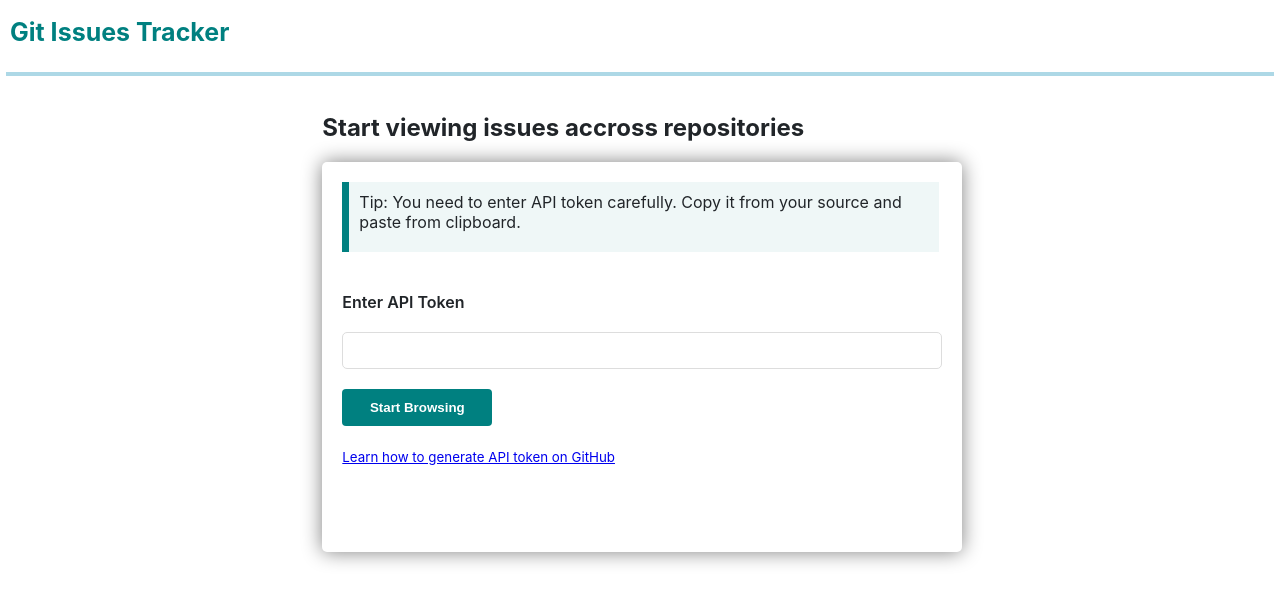
Repository: duzzisantos/github-repos-react-graphql
Page: /start
These files come from the project's save history. The page is drawn as it stood at one moment and after the next save; the edit follows.
The browser window is 1280 px wide. The page is 1285 px wide, so the pictures cover 1285 px, including what lies to the right of the window. The pictures show the whole page.
The project was rebuilt for these pictures with package versions that can differ from the ones it lists, and the page was loaded fresh each time. Also part of the build but not shown: src/App.css, src/components/table/Filters.tsx, src/components/table/Pagination.tsx, src/components/table/TableComponent.tsx, src/components/table/columnHelpers.ts, src/utilities/funtions.ts, src/pages/Repositories.tsx, src/components/cards/Cards.tsx and 1 more.

Above is the page before, as saved 2024-06-17 18:03:13.

After the next save:
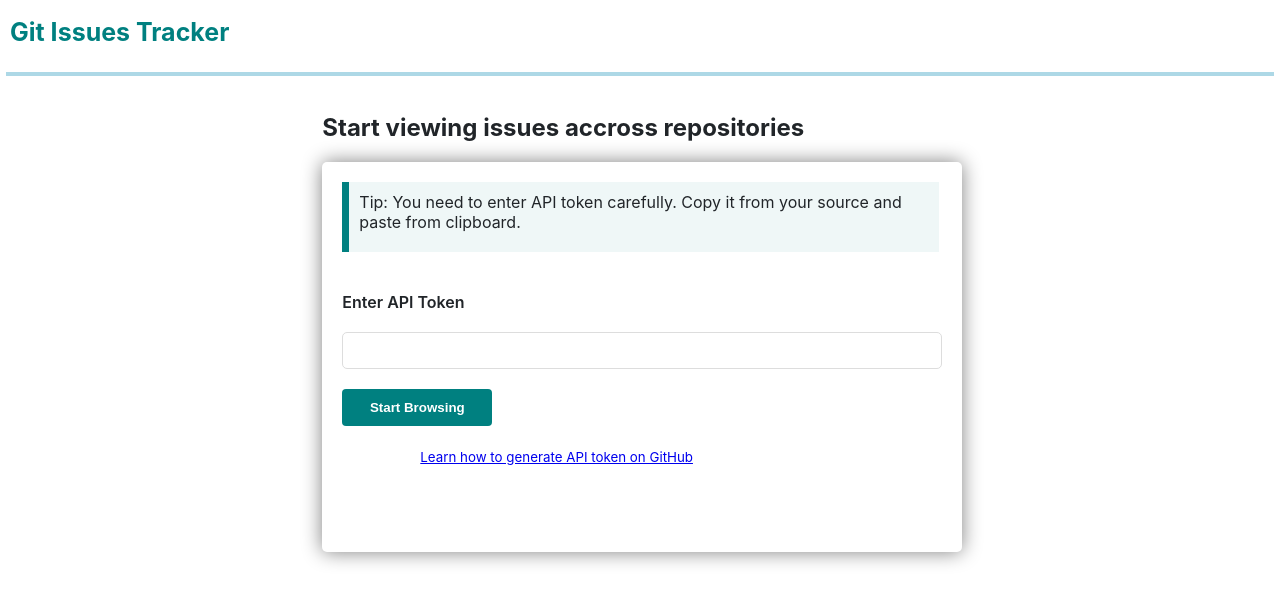
Saved 19 s later.
--- a/src/App.scss
+++ b/src/App.scss
@@ -84,5 +84,5 @@
 }
 
 .read-docs {
-  margin-top: auto;
+  margin-left: 78px;
 }

After the save that followed:
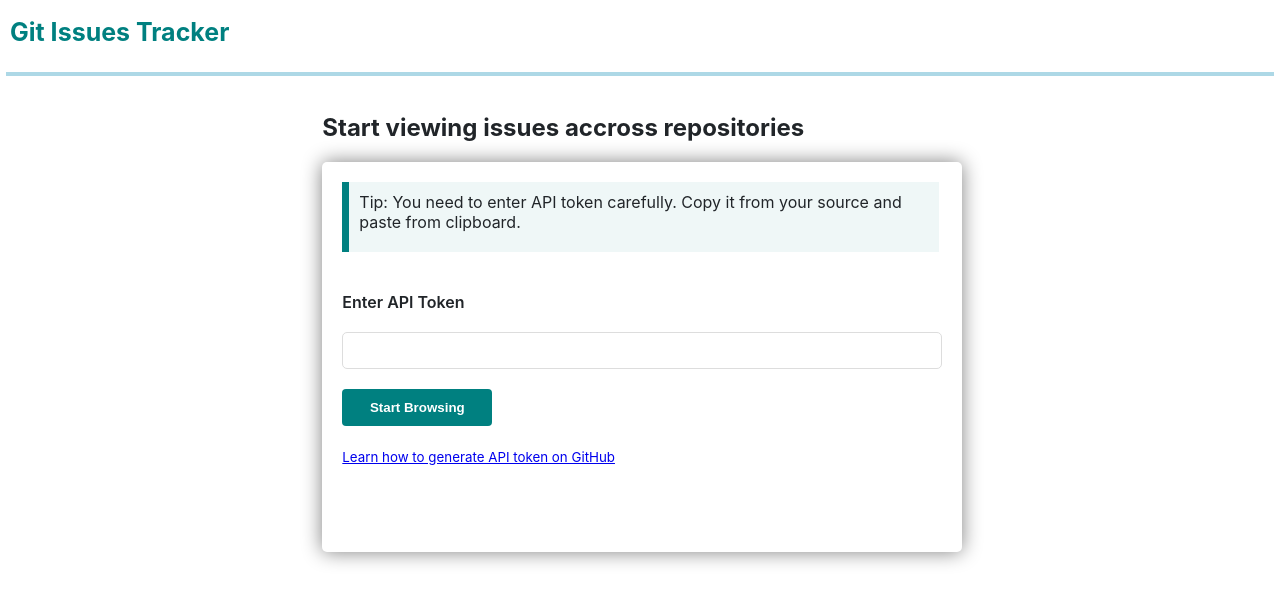
Saved 13 s later.
--- a/src/App.scss
+++ b/src/App.scss
@@ -84,5 +84,5 @@
 }
 
 .read-docs {
-  margin-left: 78px;
+  margin-bottom: 90%;
 }
